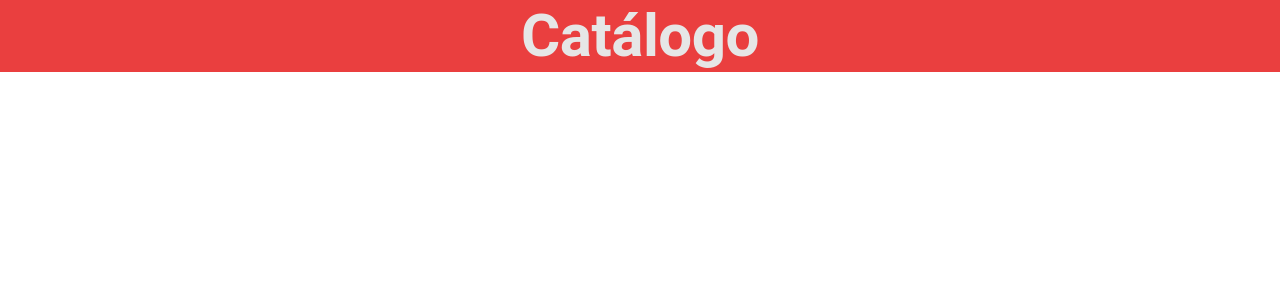
Repository: lenx0/PokeWiki-Front
Page: /
These files come from the project's save history. The page is drawn as it stood at one moment and after a run of saves; the edit follows.
The browser window is 1280 px wide. The pictures show the whole page.
The page's requests for data from a server got no answer. The project was rebuilt for these pictures with package versions that can differ from the ones it lists, and the page was loaded fresh each time. The framework's server and built-in components were replaced by stand-ins that run in the browser. No one was signed in, and anything a server would have sent is missing. Also part of the build but not shown: next.config.mjs, src/app/components/Skeleton/index.jsx.

Above is the page before, as saved 2024-02-14 22:10:22.

After the next 4 saves:
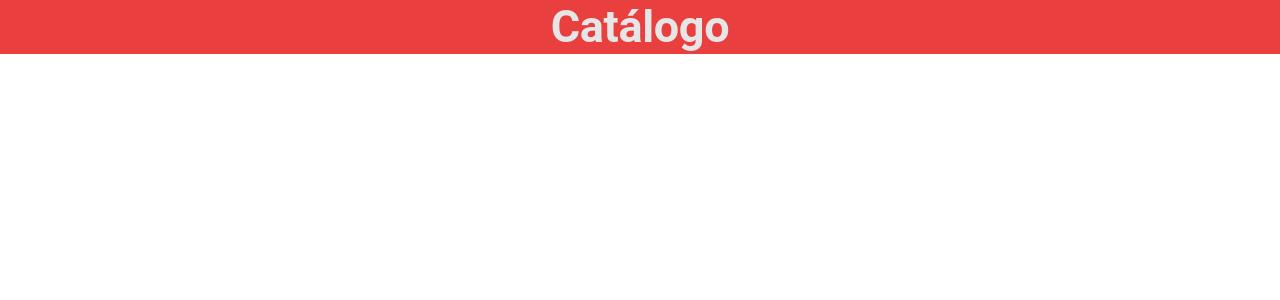
The 4 saves are shown as one change because they came seconds apart.
The last was saved 31 s later.
--- a/src/app/pages/PokemonList/page.jsx
+++ b/src/app/pages/PokemonList/page.jsx
@@ -10,7 +10,7 @@ export default function PokemonList() {
         backgroundColor="#e93232ee"
         textAlign="center"
       >
-        <Typography variant="h2" fontWeight={700} color="#e6e6e6">
+        <Typography variant="h2" fontSize={45} fontWeight={700} color="#e6e6e6">
           Catálogo
         </Typography>
       </Grid>
